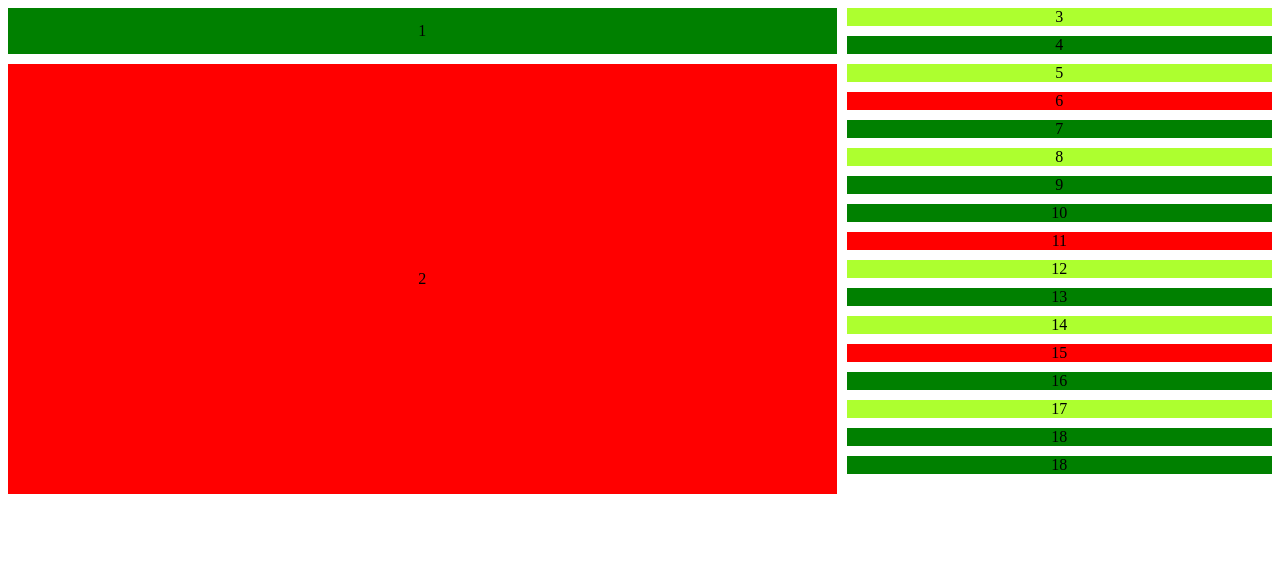
Repository: motiejus1/09-paskaita-05.31
Page: index.html
The author's editor kept a copy of each file at every save. The page is drawn from the files as they stood at one save, then again after the next save.
The browser window is 1280 px wide. The pictures show the whole page.

Above is the page before, as saved 2021-06-15 19:44:07.

### index.html
<!DOCTYPE html>
<html lang="en">
<head>
    <meta charset="UTF-8">
    <meta http-equiv="X-UA-Compatible" content="IE=edge">
    <meta name="viewport" content="width=device-width, initial-scale=1.0">
    <title>9 paskaita</title>
    <style>
        .grid-container {
            display: grid;
            grid-template-columns: auto auto auto;
            grid-column-gap: 10px ;
            grid-row-gap: 10px ;
        }

        .zalia {
            background-color: green;
        }

        .raudona {
            background-color: red;
        }

        .geltona {
            background: greenyellow;
        }

        .grid-item-1 {
            grid-column-start: 1 ;
            grid-column-end: 3 ;
            grid-row-start: 1 ;
            grid-row-end: 3 ;
        }

        .grid-item-2 {
            grid-column-start: 1 ;
            grid-column-end: 3 ;
            grid-row-start: 3;
            grid-row-end: 20 ;
        }

        .grid-item {
            display:grid;
            justify-content: center;
            align-items: center;
        }
        .flex-container {
            display:flex;
            justify-content: center;
            align-items: center;
        }
    </style>
</head>
<body>
    <div class="grid-container">
        <div class="grid-item grid-item-1 zalia">
            1
        </div>
        <div class="grid-item grid-item-2 raudona">
            2
        </div>
        <div class="grid-item grid-item-3 geltona">3</div>
        <div class="grid-item grid-item-4 zalia">4</div>
        <div class="grid-item geltona">5</div>
        <div class="grid-item raudona">6</div>
        <div class="grid-item zalia">7</div>
        <div class="grid-item geltona">8</div>
        <div class="grid-item zalia">9</div>
        <div class="grid-item zalia">10</div>
        <div class="grid-item raudona">11</div>
        <div class="grid-item geltona">12</div>
        <div class="grid-item zalia">13</div>
        <div class="grid-item geltona">14</div>
        <div class="grid-item raudona">15</div>
        <div class="grid-item zalia">16</div>
        <div class="grid-item geltona">17</div>
        <div class="grid-item zalia">18</div>
        <div class="flex-container zalia">18</div>
    </div>

</body>
</html>

After the next save:
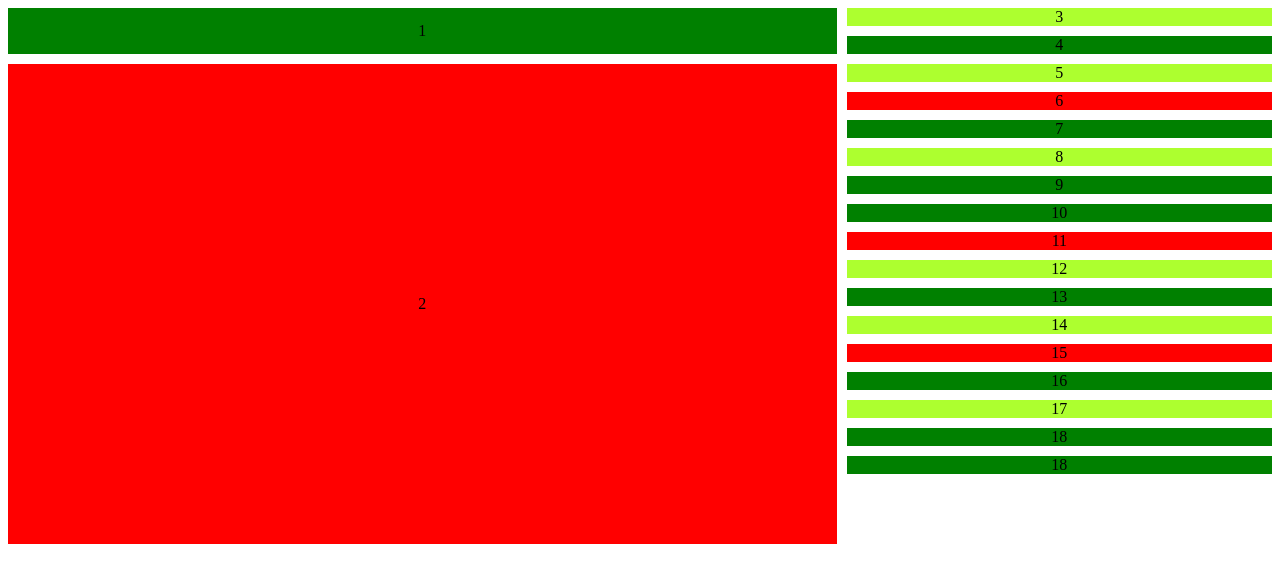
Saved 9 s later.
--- a/index.html
+++ b/index.html
@@ -36,7 +36,7 @@
             grid-column-start: 1 ;
             grid-column-end: 3 ;
             grid-row-start: 3;
-            grid-row-end: 20 ;
+            grid-row-end: 25 ;
         }
 
         .grid-item {
